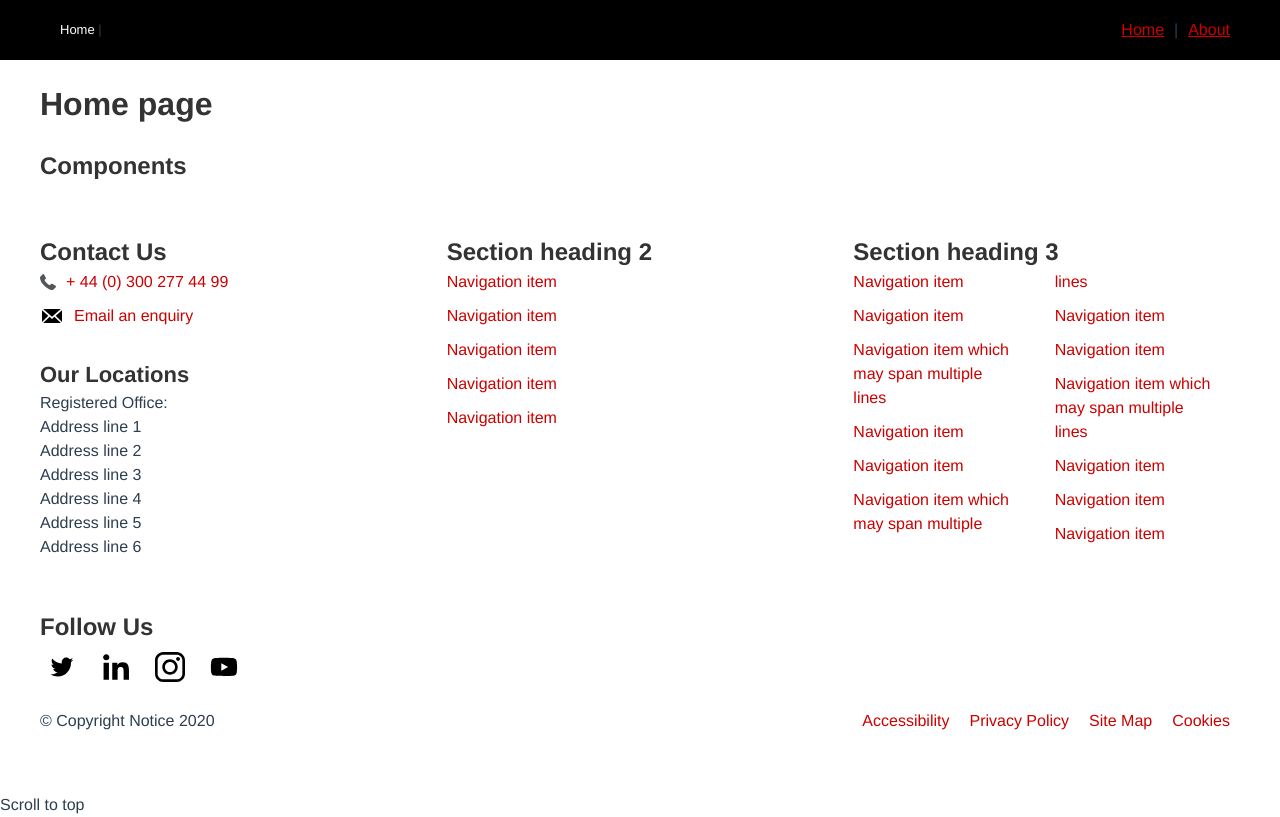
Repository: DaveBaulch/spa
Page: /
These files come from the project's save history. The page is drawn as it stood at one moment and after the next save; the edit follows.
The browser window is 1280 px wide. The pictures show the whole page.
The project was rebuilt for these pictures with package versions that can differ from the ones it lists, and the page was loaded fresh each time. Also part of the build but not shown: src/assets/styles/main.css.

Above is the page before, as saved 2020-10-13 12:48:52.

After the next save:
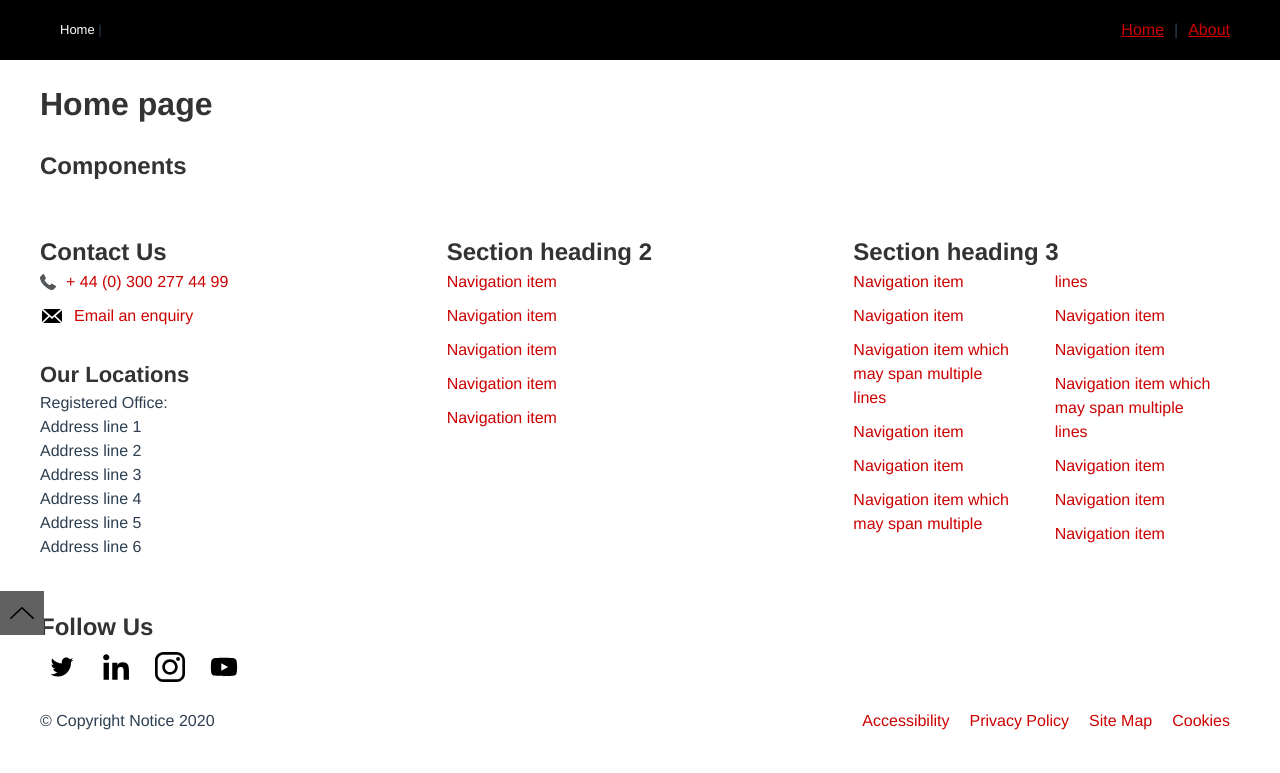
Saved 9 s later.
--- a/src/App.vue
+++ b/src/App.vue
@@ -35,7 +35,8 @@ export default {
     TheHeader,
     TheSidenav,
     TheFooter,
-    TheSkipLink
+    TheSkipLink,
+    TheScrollTopButton
   },
   data() {
     return {
